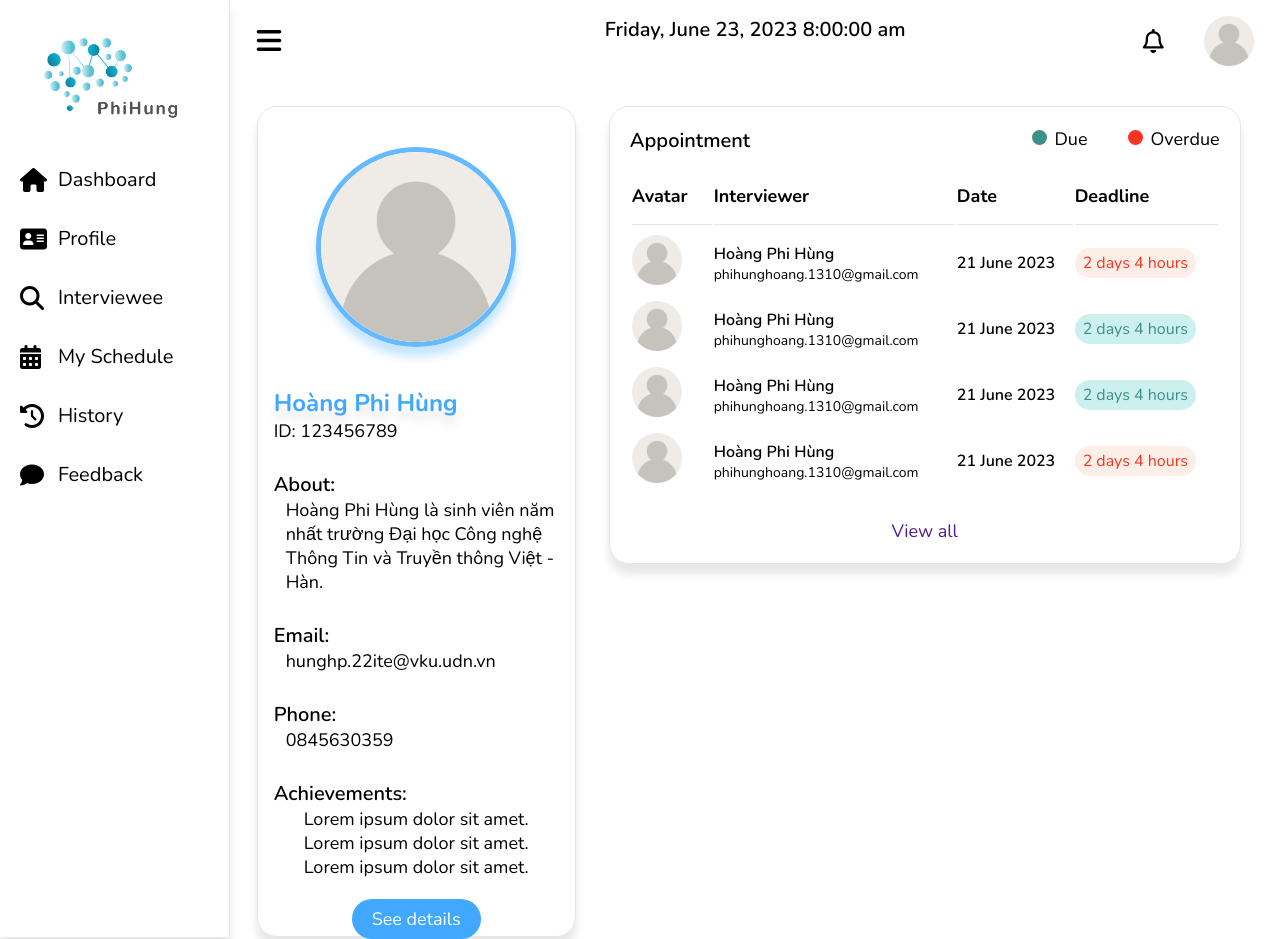
Repository: hphihungit/InterviewService
Page: interviewee.html
An editor plug-in stored every save of this project. The page is shown before and after the next save, followed by the edit.
The browser window is 1280 px wide. The pictures show the whole page.

Above is the page before, as saved 2023-06-01 01:22:44.

After the next save:
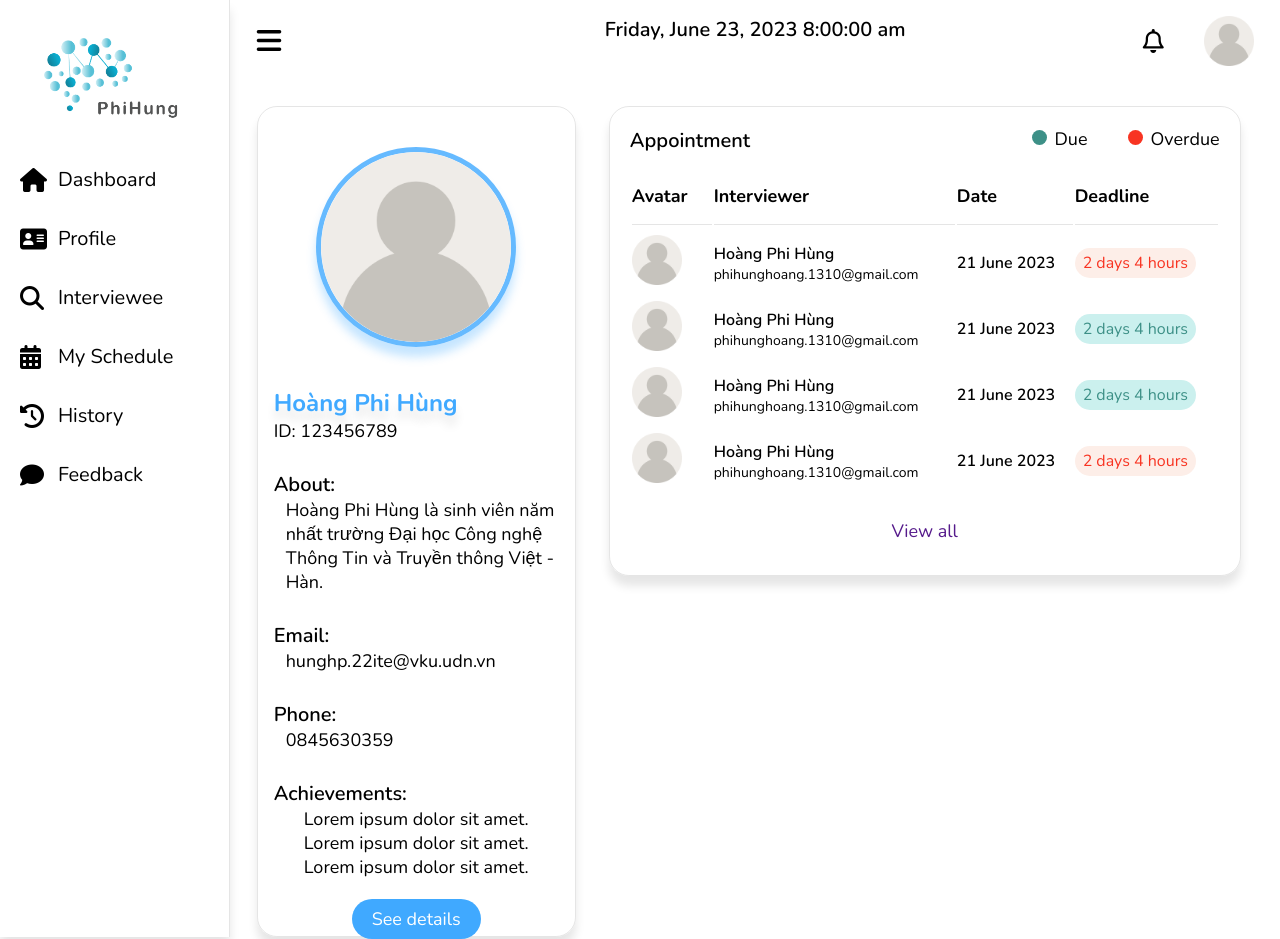
Saved 7 s later.
--- a/assets/css/interviewee.css
+++ b/assets/css/interviewee.css
@@ -297,4 +297,5 @@ td img {
     width: 100%;
     text-align: center;
     margin-top: 28px;
-}
+    margin-bottom: 12px;
+}
